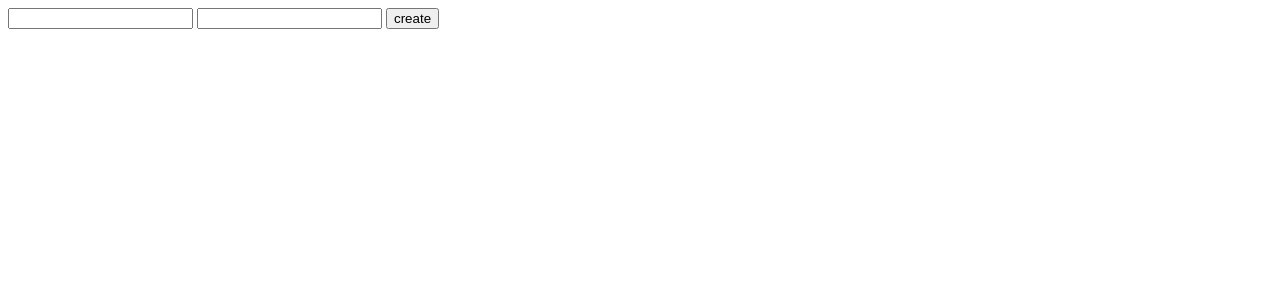
Repository: Rutuja25121995/All-java-programs
Page: myprograms/jdbc_joins/src/main/webapp/index.html
These files come from the project's save history. The page is drawn as it stood at one moment and after the next save; the edit follows.
The browser window is 1280 px wide. The pictures show the whole page.

Above is the page before, as saved 2023-08-15 11:09:25.

### myprograms/jdbc_joins/src/main/webapp/index.html
<!DOCTYPE html>
<html>
<head>
<meta charset="UTF-8">
<title>Insert title here</title>
</head>
<body>
<form action="create">
<input type="text" name="fname">
<input type="text" name="lname">
<input type="submit" value="create">
</form>
</body>
</html>

After the next save:
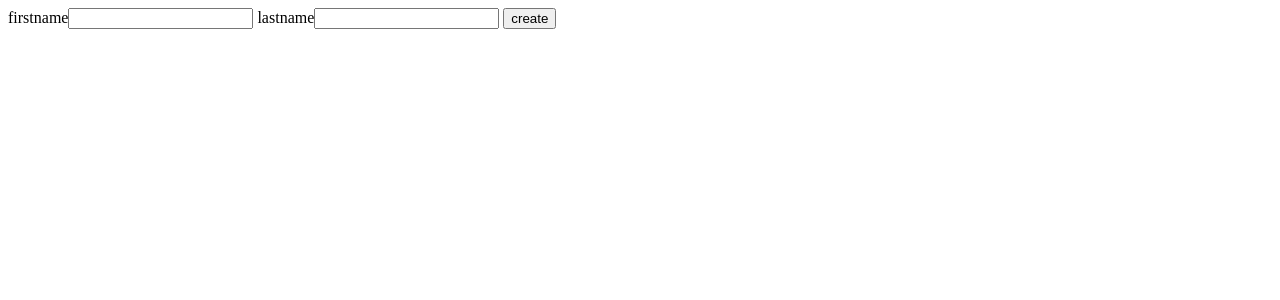
Saved 91 s later.
--- a/myprograms/jdbc_joins/src/main/webapp/index.html
+++ b/myprograms/jdbc_joins/src/main/webapp/index.html
@@ -6,8 +6,8 @@
 </head>
 <body>
 <form action="create">
-<input type="text" name="fname">
-<input type="text" name="lname">
+firstname<input type="text" name="fname">
+lastname<input type="text" name="lname">
 <input type="submit" value="create">
 </form>
 </body>
